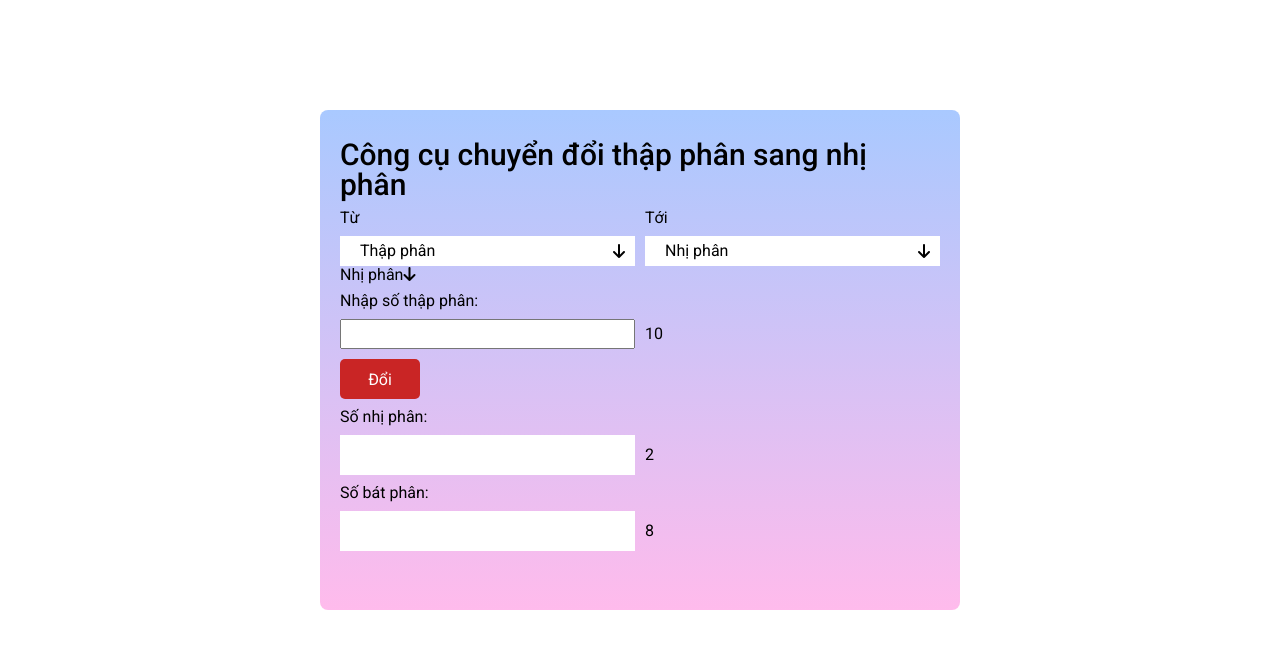
Repository: thuanpham00/covertNumber
Page: index.html
The author's editor kept a copy of each file at every save. The page is drawn from the files as they stood at one save, then again after the next save.
The browser window is 1280 px wide. The pictures show the whole page.
Some web libraries are served in a nearby version. The style sheet was rebuilt from its Sass, Less or Tailwind sources for each picture, by a compiler version that may differ from the author's.

Above is the page before, as saved 2023-11-05 16:38:40.
Console error: TypeError: Cannot read properties of null (reading 'addEventListener')

After the next save:
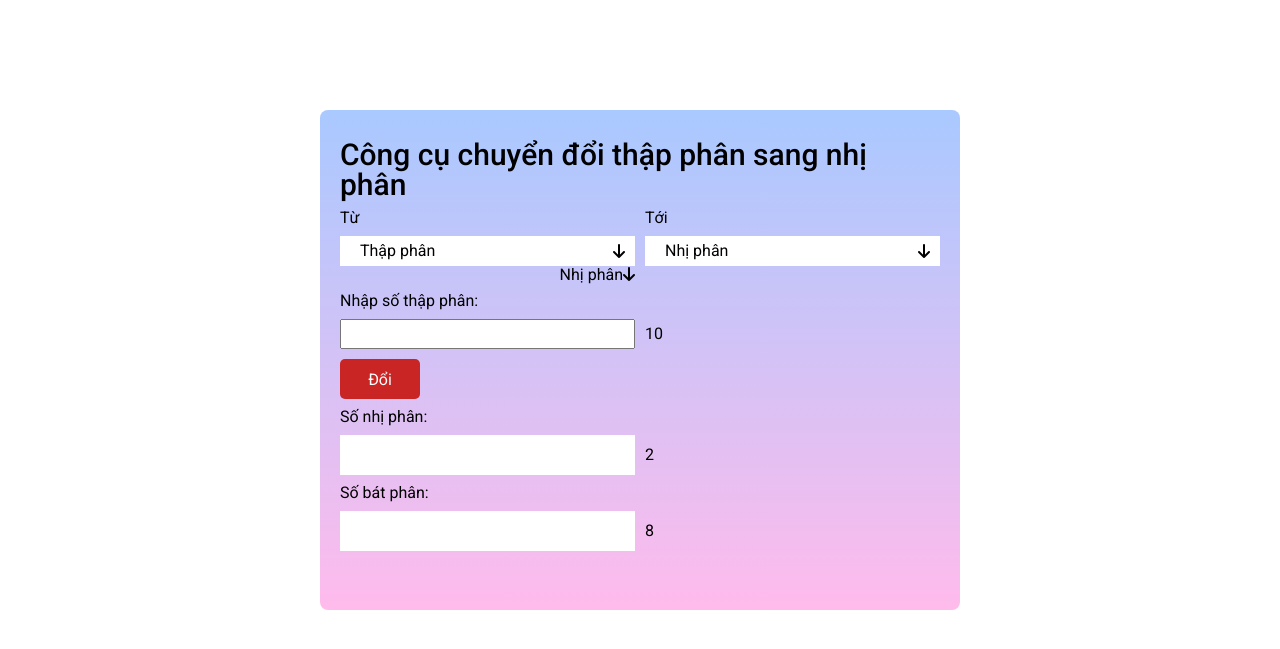
Saved 10 s later.
--- a/scss/main.scss
+++ b/scss/main.scss
@@ -223,5 +223,6 @@
 
 .list {
    display: flex;
-   align-items: flex-end;
-}
+   align-items: center;
+   justify-content: flex-end;
+}

After the save that followed:
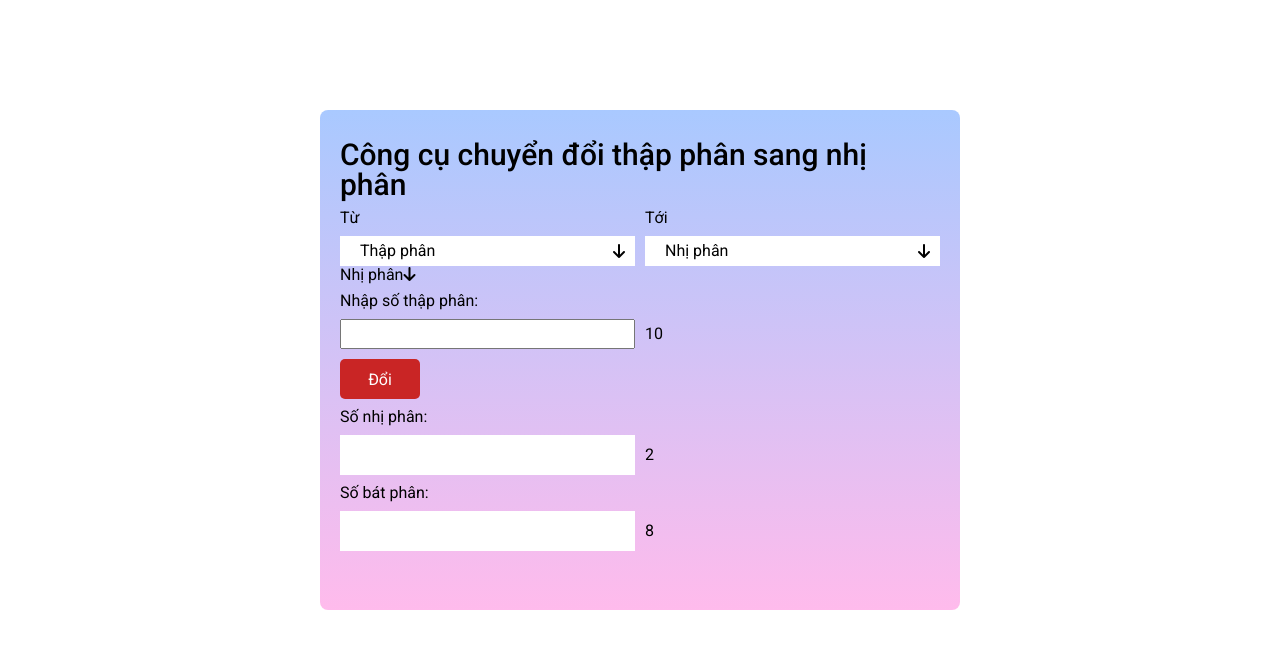
Saved 10 s later.
--- a/scss/main.scss
+++ b/scss/main.scss
@@ -222,6 +222,7 @@
 }
 
 .list {
+    margin-right: auto;
    display: flex;
    align-items: center;
    justify-content: flex-end;
